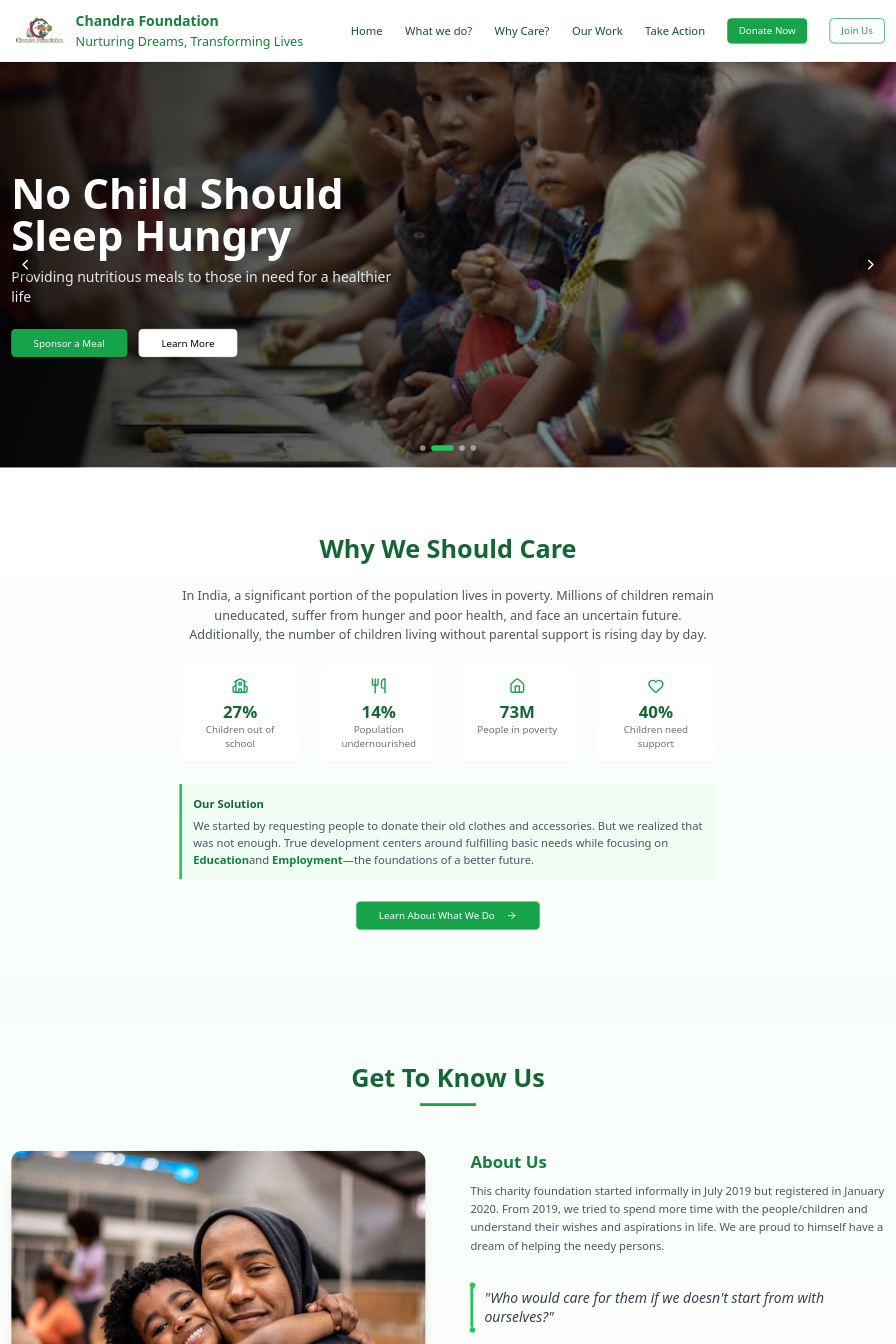
Repository: rajukumar2003/chandra-foundation
Page: /
These files come from the project's save history. The page is drawn as it stood at one moment and after the next save; the edit follows.
The browser window is 1280 px wide. The pictures show the part of the page from y = 0 to 1920 px (the page is 7619 px tall), at 70% of full size.
The project was rebuilt for these pictures with package versions that can differ from the ones it lists, and the page was loaded fresh each time. The framework's server and built-in components were replaced by stand-ins that run in the browser. Also part of the build but not shown: next.config.ts.

Above is the page before, as saved 2024-12-18 16:47:04.

### app/layout.tsx
import type { Metadata } from "next";
import { Geist, Geist_Mono } from "next/font/google";
import "./globals.css";
import Navbar from "./components/navbar";
import Footer from "./components/Footer";

const geistSans = Geist({
  variable: "--font-geist-sans",
  subsets: ["latin"],
});

const geistMono = Geist_Mono({
  variable: "--font-geist-mono",
  subsets: ["latin"],
});

export const metadata: Metadata = {
  title: "Create Next App",
  description: "Generated by create next app",
};

export default function RootLayout({
  children,
}: Readonly<{
  children: React.ReactNode;
}>) {
  return (
    <html lang="en">
      <body
        className={`${geistSans.variable} ${geistMono.variable} antialiased`}
      >
        <Navbar />
        {children}
        <Footer/>
      </body>
    </html>
  );
}

### app/globals.css
@tailwind base;
@tailwind components;
@tailwind utilities;
@layer base {
  :root {
    --background: 0 0% 100%;
    --foreground: 0 0% 3.9%;
    --card: 0 0% 100%;
    --card-foreground: 0 0% 3.9%;
    --popover: 0 0% 100%;
    --popover-foreground: 0 0% 3.9%;
    --primary: 0 0% 9%;
    --primary-foreground: 0 0% 98%;
    --secondary: 0 0% 96.1%;
    --secondary-foreground: 0 0% 9%;
    --muted: 0 0% 96.1%;
    --muted-foreground: 0 0% 45.1%;
    --accent: 0 0% 96.1%;
    --accent-foreground: 0 0% 9%;
    --destructive: 0 84.2% 60.2%;
    --destructive-foreground: 0 0% 98%;
    --border: 0 0% 89.8%;
    --input: 0 0% 89.8%;
    --ring: 0 0% 3.9%;
    --chart-1: 12 76% 61%;
    --chart-2: 173 58% 39%;
    --chart-3: 197 37% 24%;
    --chart-4: 43 74% 66%;
    --chart-5: 27 87% 67%;
    --radius: 0.5rem
  }
  .dark {
    --background: 0 0% 3.9%;
    --foreground: 0 0% 98%;
    --card: 0 0% 3.9%;
    --card-foreground: 0 0% 98%;
    --popover: 0 0% 3.9%;
    --popover-foreground: 0 0% 98%;
    --primary: 0 0% 98%;
    --primary-foreground: 0 0% 9%;
    --secondary: 0 0% 14.9%;
    --secondary-foreground: 0 0% 98%;
    --muted: 0 0% 14.9%;
    --muted-foreground: 0 0% 63.9%;
    --accent: 0 0% 14.9%;
    --accent-foreground: 0 0% 98%;
    --destructive: 0 62.8% 30.6%;
    --destructive-foreground: 0 0% 98%;
    --border: 0 0% 14.9%;
    --input: 0 0% 14.9%;
    --ring: 0 0% 83.1%;
    --chart-1: 220 70% 50%;
    --chart-2: 160 60% 45%;
    --chart-3: 30 80% 55%;
    --chart-4: 280 65% 60%;
    --chart-5: 340 75% 55%
  }
}
@layer base {
  * {
    @apply border-border;
  }
  body {
    @apply bg-background text-foreground;
  }
}

@keyframes float {
  0%, 100% {
    transform: translateY(0);
  }
  50% {
    transform: translateY(-20px);
  }
}

@keyframes float-delayed {
  0%, 100% {
    transform: translateY(0);
  }
  50% {
    transform: translateY(-15px);
  }
}

.animate-float {
  animation: float 6s ease-in-out infinite;
}

.animate-float-delayed {
  animation: float-delayed 5s ease-in-out infinite;
  animation-delay: 1s;
}

### app/components/HeroSection.tsx
'use client'

import { useState, useEffect } from "react"
import Image from "next/image"
import { Button } from "@/components/ui/button"
import { ChevronLeft, ChevronRight } from 'lucide-react'

const slides = [
  {
    image: "/images/study.jpg",
    title: "Education: The Key to a Brighter Future",
    description: "Empowering children with knowledge and skills to build a better tomorrow",
    cta: "Support Education"
  },
  {
    image: "/images/food.jpg",
    title: "No Child Should Sleep Hungry",
    description: "Providing nutritious meals to those in need for a healthier life",
    cta: "Sponsor a Meal"
  },
  {
    image: "/images/cloth_donation.jpg",
    title: "Warmth Through Generosity",
    description: "Distributing clothes, blankets, and other essentials to keep the needy warm and safe",
    cta: "Donate Essentials"
  },
  {
    image: "/images/smile.jpg",
    title: "Compassion in Every Gesture",
    description: "Offering love, care, and emotional support to those who need it the most",
    cta: "Volunteer with Us"
  }
]

export default function HeroSection() {
  const [currentSlide, setCurrentSlide] = useState(0)

  useEffect(() => {
    const timer = setInterval(() => {
      setCurrentSlide((prev) => (prev + 1) % slides.length)
    }, 6000)
    return () => clearInterval(timer)
  }, [])

  const prevSlide = () => {
    setCurrentSlide((prev) => (prev - 1 + slides.length) % slides.length)
  }

  const nextSlide = () => {
    setCurrentSlide((prev) => (prev + 1) % slides.length)
  }

  return (
    <section className="relative h-[calc(100vh-140px)] overflow-hidden">
      {/* Carousel */}
      <div className="relative h-full">
        {slides.map((slide, index) => (
          <div
            key={index}
            className={`absolute inset-0 transition-opacity duration-1000 ${
              index === currentSlide ? "opacity-100" : "opacity-0"
            }`}
          >
            {/* Background Image with next/image */}
            <Image
              src={slide.image}
              alt={slide.title}
              fill
              sizes="100vw"
              style={{
                objectFit: 'cover',
                objectPosition: 'center',
              }}
              quality={90}
              priority={index === 0 || index === 1}
            />

            {/* Gradient Overlay */}
            <div className="absolute inset-y-0 left-0 w-full bg-gradient-to-r from-black/80 to-black/30" />

            {/* Content */}
            <div className="relative h-full container mx-auto px-4 flex items-center">
              <div className="max-w-xl text-white">
                <h1 className="text-4xl md:text-5xl lg:text-6xl font-bold mb-4">
                  {slide.title}
                </h1>
                <p className="text-lg md:text-xl mb-8 text-gray-200">
                  {slide.description}
                </p>
                <div className="space-x-4">
                  <Button size="lg" className="bg-green-600 hover:bg-green-700">
                    {slide.cta}
                  </Button>
                  <Button size="lg" variant="outline" className="text-black border-white hover:bg-white/10">
                    Learn More
                  </Button>
                </div>
              </div>
            </div>
          </div>
        ))}

        {/* Navigation Arrows */}
        <button
          onClick={prevSlide}
          className="absolute left-4 top-1/2 -translate-y-1/2 bg-black/30 hover:bg-black/50 text-white p-2 rounded-full"
        >
          <ChevronLeft className="h-6 w-6" />
        </button>
        <button
          onClick={nextSlide}
          className="absolute right-4 top-1/2 -translate-y-1/2 bg-black/30 hover:bg-black/50 text-white p-2 rounded-full"
        >
          <ChevronRight className="h-6 w-6" />
        </button>

        {/* Slide Indicators */}
        <div className="absolute bottom-6 left-1/2 -translate-x-1/2 flex space-x-2">
          {slides.map((_, index) => (
            <button
              key={index}
              onClick={() => setCurrentSlide(index)}
              className={`w-2 h-2 rounded-full transition-all ${
                index === currentSlide ? "w-8 bg-green-500" : "bg-white/50"
              }`}
            />
          ))}
        </div>
      </div>
    </section>
  )
}

### app/components/ImpactSection.tsx
'use client'

import { motion } from "framer-motion"
import { Clock, Users, GraduationCap, HandHeart, Award } from 'lucide-react'

const stats = [
  {
    icon: Clock,
    value: 5,
    suffix: '+',
    label: 'Years of dedicated service to society',
    color: 'text-green-500'
  },
  {
    icon: GraduationCap,
    value: 1000,
    suffix: '+',
    label: 'Children received quality education',
    color: 'text-blue-500'
  },
  {
    icon: HandHeart,
    value: 5000,
    suffix: '+',
    label: 'Hours of community service',
    color: 'text-purple-500'
  },
  {
    icon: Users,
    value: 1000,
    suffix: '+',
    label: 'Partners and volunteers joined us',
    color: 'text-orange-500'
  },
  {
    icon: Award,
    value: 100,
    suffix: '%',
    label: 'Commitment to transforming lives',
    color: 'text-red-500'
  }
]

export default function ImpactSection() {
  return (
    <section className="py-24 bg-gradient-to-b from-green-50/50 to-white relative overflow-hidden">
      {/* Background Pattern */}
      <div className="absolute inset-0 opacity-[0.03]"
        style={{
          backgroundImage: `url("data:[embedded picture, 360 characters]")`
        }}
      />

      <div className="container mx-auto px-4">
        <motion.div
          initial={{ opacity: 0, y: 20 }}
          whileInView={{ opacity: 1, y: 0 }}
          viewport={{ once: true }}
          transition={{ duration: 0.6 }}
          className="text-center mb-16"
        >
          <h2 className="text-3xl md:text-4xl font-bold text-green-800 mb-4">
            Our Impact in Numbers
          </h2>
          <p className="text-gray-600 max-w-2xl mx-auto text-lg">
            Through your generous support and our dedicated team's efforts,
            we've made significant strides in transforming lives and building
            a better future for our community.
          </p>
        </motion.div>

        <div className="grid grid-cols-1 md:grid-cols-2 lg:grid-cols-5 gap-8 lg:gap-4">
          {stats.map((stat, index) => (
            <motion.div
              key={stat.label}
              initial={{ opacity: 0, y: 20 }}
              whileInView={{ opacity: 1, y: 0 }}
              viewport={{ once: true }}
              transition={{ duration: 0.6, delay: index * 0.1 }}
              className="relative group"
            >
              <div className="text-center p-6">
                <div className="mb-4 relative">
                  <div className="w-16 h-16 mx-auto rounded-full bg-white shadow-lg flex items-center justify-center group-hover:scale-110 transition-transform duration-300">
                    <stat.icon className={`w-8 h-8 ${stat.color}`} />
                  </div>
                </div>
                <h3 className="text-4xl font-bold text-gray-800 mb-2">
                  {stat.value.toLocaleString()}{stat.suffix}
                </h3>
                <p className="text-gray-600 text-sm">
                  {stat.label}
                </p>
              </div>
            </motion.div>
          ))}
        </div>
      </div>
    </section>
  )
}

### app/components/CtaSection.tsx
"use client";

import { motion } from "framer-motion";
import { Button } from "@/components/ui/button";
import { ArrowRight } from "lucide-react";

export default function CtaSection() {
  return (
    <section className="py-24 bg-gradient-to-b from-green-50/50 to-white relative overflow-hidden">
      {/* Background Elements */}
      <div className="absolute inset-0">
        <div className="absolute inset-0 bg-[radial-gradient(circle_at_top_right,rgba(34,197,94,0.05),transparent_50%)]" />
        <div className="absolute inset-0 bg-[radial-gradient(circle_at_bottom_left,rgba(34,197,94,0.05),transparent_50%)]" />
      </div>

      <div className="container mx-auto px-4 relative">
        <div className="max-w-5xl mx-auto">
          <motion.div
            initial={{ opacity: 0, y: 20 }}
            whileInView={{ opacity: 1, y: 0 }}
            viewport={{ once: true }}
            transition={{ duration: 0.6 }}
            className="items-center"
          >
            {/* Text Content */}
            <div className="text-center space-y-8">
              <h2 className="text-4xl md:text-5xl font-bold text-green-800 leading-tight">
                Together We Can Make The DIFFERENCE
              </h2>
              {/* <p className="text-xl text-gray-600">
                Let's create the{" "}
                <span className="text-green-600 font-semibold">DIFFERENCE</span>{" "}
                our community needs
              </p> */}

              <motion.p
                initial={{ opacity: 0, y: 20 }}
                whileInView={{ opacity: 1, y: 0 }}
                viewport={{ once: true }}
                transition={{ duration: 0.6, delay: 0.4 }}
                className="mt-12 text-xl text-gray-600 italic"
              >
                "The greatest gift you can give someone is your{" "}
                <span className="text-green-600 font-semibold">time</span>, your{" "}
                <span className="text-green-600 font-semibold">love</span>, your{" "}
                <span className="text-green-600 font-semibold">attention</span>,
                and your{" "}
                <span className="text-green-600 font-semibold">concern</span>."
              </motion.p>
              <motion.div
                initial={{ opacity: 0, x: -20 }}
                whileInView={{ opacity: 1, x: 0 }}
                viewport={{ once: true }}
                transition={{ duration: 0.6, delay: 0.2 }}
              >
                <Button
                  size="lg"
                  className="bg-green-600 hover:bg-green-700 text-white group"
                >
                  Join Us Today
                  <ArrowRight className="ml-2 h-4 w-4 transition-transform group-hover:translate-x-1" />
                </Button>
              </motion.div>
            </div>
          </motion.div>
        </div>
      </div>
    </section>
  );
}

### app/components/WhyCare.tsx
'use client'

import { motion } from "framer-motion"
import { Button } from "@/components/ui/button"
import { ArrowRight, School, Home, Heart, Utensils } from 'lucide-react'

const statistics = [
  {
    icon: School,
    value: "27%",
    label: "Children out of school"
  },
  {
    icon: Utensils,
    value: "14%",
    label: "Population undernourished"
  },
  {
    icon: Home,
    value: "73M",
    label: "People in poverty"
  },
  {
    icon: Heart,
    value: "40%",
    label: "Children need support"
  }
]

export default function WhyCare() {
  return (
    <section className="py-24 bg-gradient-to-b from-white to-green-50/50">
      <div className="container mx-auto px-4">
        <div className="max-w-3xl mx-auto">
          {/* Content Centered */}
          <motion.div
            initial={{ opacity: 0, y: 20 }}
            whileInView={{ opacity: 1, y: 0 }}
            viewport={{ once: true }}
            transition={{ duration: 0.6 }}
            className="space-y-8 text-center"
          >
            <h2 className="text-3xl md:text-4xl font-bold text-green-800">
              Why We Should Care
            </h2>

            <p className="text-lg text-gray-600">
              In India, a significant portion of the population lives in poverty.
              Millions of children remain uneducated, suffer from hunger and poor health,
              and face an uncertain future. Additionally, the number of children living
              without parental support is rising day by day.
            </p>

            <div className="grid grid-cols-2 sm:grid-cols-2 md:grid-cols-4 gap-6 justify-center">
              {statistics.map((stat, index) => (
                <motion.div
                  key={stat.label}
                  initial={{ opacity: 0, y: 20 }}
                  whileInView={{ opacity: 1, y: 0 }}
                  viewport={{ once: true }}
                  transition={{ duration: 0.6, delay: index * 0.1 }}
                  className="text-center p-4 bg-white rounded-lg shadow-sm hover:shadow-md transition-shadow"
                >
                  <stat.icon className="w-6 h-6 text-green-600 mx-auto mb-2" />
                  <div className="text-2xl font-bold text-green-800">{stat.value}</div>
                  <div className="text-sm text-gray-500">{stat.label}</div>
                </motion.div>
              ))}
            </div>

            <div className="bg-green-50 border-l-4 border-green-500 p-4 rounded-r-lg text-left mx-auto">
              <h3 className="font-semibold text-green-800 mb-2">Our Solution</h3>
              <p className="text-gray-600">
                We started by requesting people to donate their old clothes and accessories.
                But we realized that was not enough. True development centers around fulfilling
                basic needs while focusing on <span className="font-semibold text-green-700">Education</span>
                and <span className="font-semibold text-green-700">Employment</span>—the foundations of a better future.
              </p>
            </div>

            <Button
              size="lg"
              className="bg-green-600 hover:bg-green-700 text-white group mx-auto"
            >
              Learn About What We Do
              <ArrowRight className="ml-2 h-4 w-4 transition-transform group-hover:translate-x-1" />
            </Button>
          </motion.div>
        </div>
      </div>
    </section>
  )
}

### components/ui/button.tsx
import * as React from "react"
import { Slot } from "@radix-ui/react-slot"
import { cva, type VariantProps } from "class-variance-authority"

import { cn } from "@/lib/utils"

const buttonVariants = cva(
  "inline-flex items-center justify-center gap-2 whitespace-nowrap rounded-md text-sm font-medium transition-colors focus-visible:outline-none focus-visible:ring-1 focus-visible:ring-ring disabled:pointer-events-none disabled:opacity-50 [&_svg]:pointer-events-none [&_svg]:size-4 [&_svg]:shrink-0",
  {
    variants: {
      variant: {
        default:
          "bg-primary text-primary-foreground shadow hover:bg-primary/90",
        destructive:
          "bg-destructive text-destructive-foreground shadow-sm hover:bg-destructive/90",
        outline:
          "border border-input bg-background shadow-sm hover:bg-accent hover:text-accent-foreground",
        secondary:
          "bg-secondary text-secondary-foreground shadow-sm hover:bg-secondary/80",
        ghost: "hover:bg-accent hover:text-accent-foreground",
        link: "text-primary underline-offset-4 hover:underline",
      },
      size: {
        default: "h-9 px-4 py-2",
        sm: "h-8 rounded-md px-3 text-xs",
        lg: "h-10 rounded-md px-8",
        icon: "h-9 w-9",
      },
    },
    defaultVariants: {
      variant: "default",
      size: "default",
    },
  }
)

export interface ButtonProps
  extends React.ButtonHTMLAttributes<HTMLButtonElement>,
    VariantProps<typeof buttonVariants> {
  asChild?: boolean
}

const Button = React.forwardRef<HTMLButtonElement, ButtonProps>(
  ({ className, variant, size, asChild = false, ...props }, ref) => {
    const Comp = asChild ? Slot : "button"
    return (
      <Comp
        className={cn(buttonVariants({ variant, size, className }))}
        ref={ref}
        {...props}
      />
    )
  }
)
Button.displayName = "Button"

export { Button, buttonVariants }

### components/ui/input.tsx
import * as React from "react"

import { cn } from "@/lib/utils"

const Input = React.forwardRef<HTMLInputElement, React.ComponentProps<"input">>(
  ({ className, type, ...props }, ref) => {
    return (
      <input
        type={type}
        className={cn(
          "flex h-9 w-full rounded-md border border-input bg-transparent px-3 py-1 text-base shadow-sm transition-colors file:border-0 file:bg-transparent file:text-sm file:font-medium file:text-foreground placeholder:text-muted-foreground focus-visible:outline-none focus-visible:ring-1 focus-visible:ring-ring disabled:cursor-not-allowed disabled:opacity-50 md:text-sm",
          className
        )}
        ref={ref}
        {...props}
      />
    )
  }
)
Input.displayName = "Input"

export { Input }

Loaded but not shown: lib/utils.ts (common file); tailwind.config.js (83 lines, source omitted); app/(root)/page.tsx (269 lines, source omitted); app/components/navbar.tsx (210 lines, source omitted); app/components/OurPrograms.jsx (132 lines, source omitted); app/components/HistoryTimeline.tsx (120 lines, source omitted); app/components/StorySection.tsx (105 lines, source omitted); app/components/FoundersMessage.tsx (87 lines, source omitted); app/components/AboutUs.tsx (87 lines, source omitted); app/components/Footer.tsx (104 lines, source omitted)

After the next save:
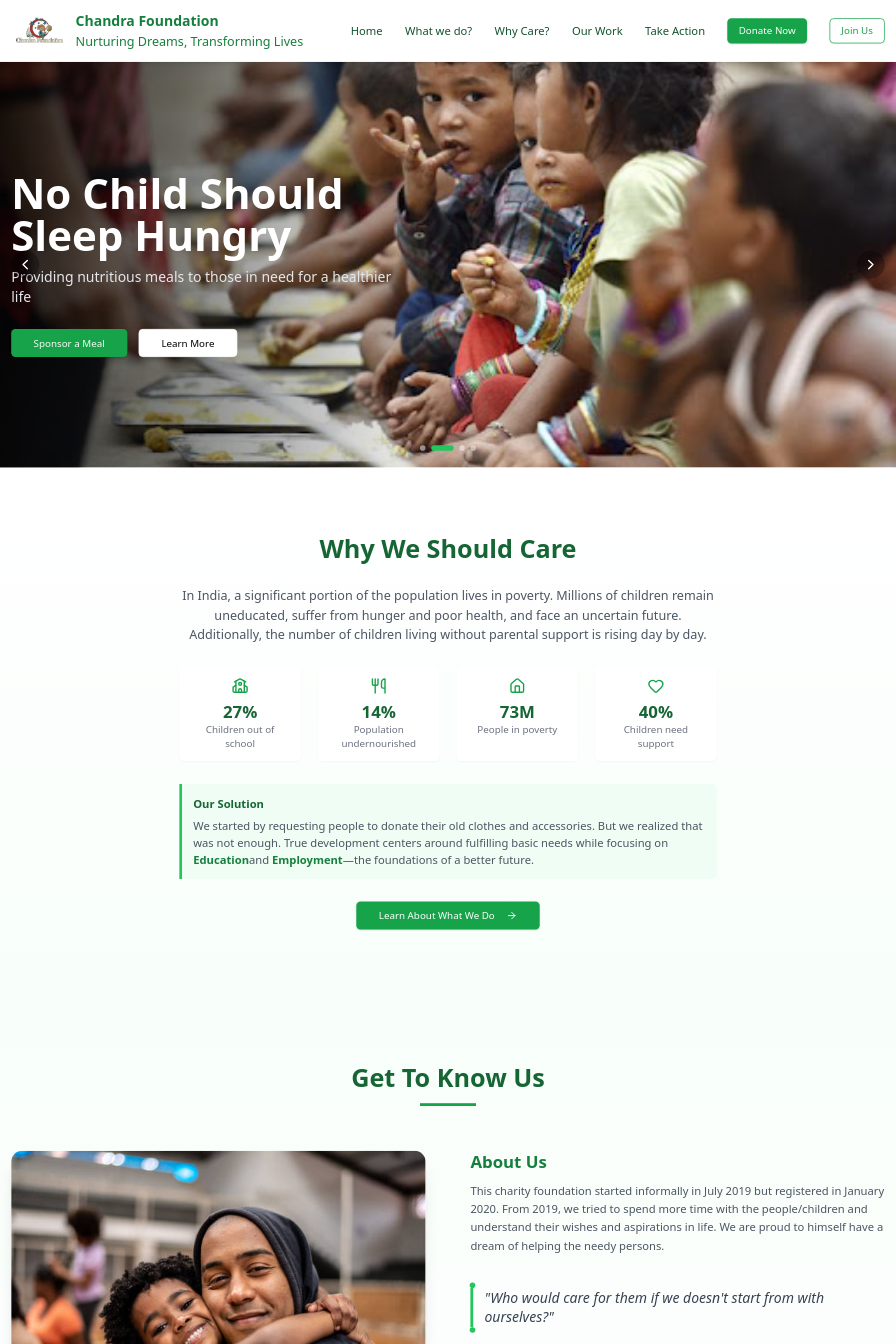
Saved 12 s later.
--- a/app/components/HeroSection.tsx
+++ b/app/components/HeroSection.tsx
@@ -76,7 +76,7 @@
             />
 
             {/* Gradient Overlay */}
-            <div className="absolute inset-y-0 left-0 w-full bg-gradient-to-r from-black/80 to-black/30" />
+            <div className="absolute inset-y-0 left-0 w-1/2 bg-gradient-to-r from-black/80 to-transparent" />
 
             {/* Content */}
             <div className="relative h-full container mx-auto px-4 flex items-center">
